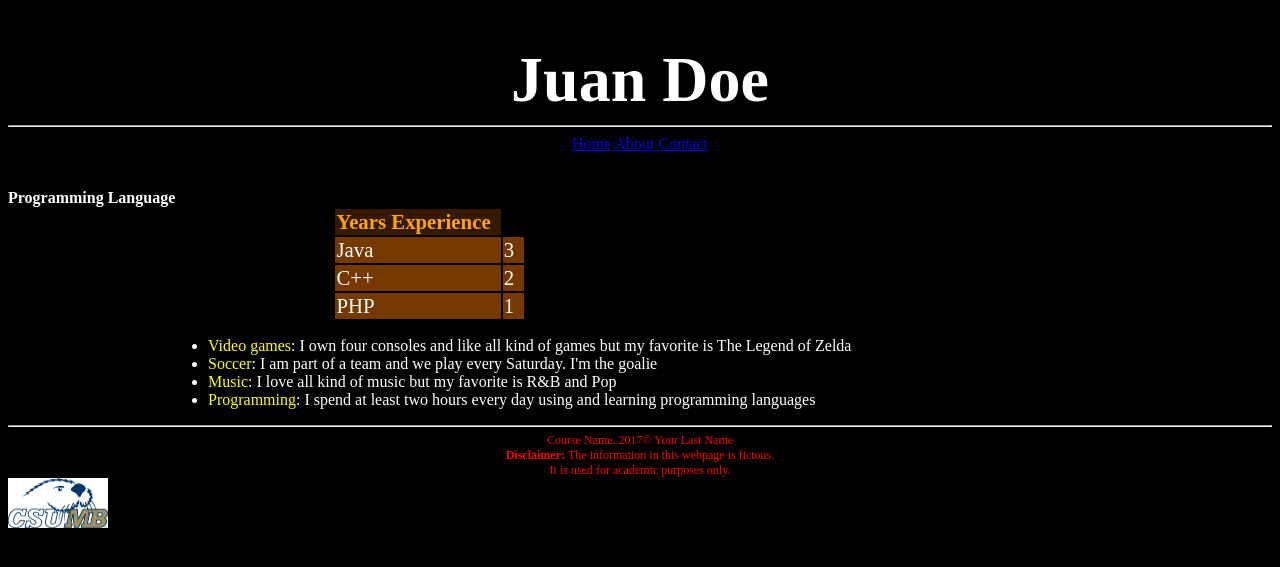
Repository: TheRealCisco/f2017CST336
Page: Labs/portfolio/about.html
The author's editor kept a record of every edit. The page is drawn from the files as they stood at one moment, then again after the next edit.
The browser window is 1280 px wide. The pictures show the whole page.

Above is the page before.

### Labs/portfolio/about.html
<!DOCTYPE html>
<html>
<!--

First Website
and comment
in html
(comments can span multiple lines)

-->

<!-- This is the head -->
<!-- All styles and javascript go inside the head -->
    <head>

        <meta charset="utf-8"/>
        <title>
            Juan Doe: Personal Website
        </title>
        <link href="css/styles.css" rel="stylesheet" type="text/css" />
    </head>
<!-- closing head -->

    <!-- This is the body -->
    <!-- This is where we place the content of our website -->

    <body>
        <header>
            <h1>
                Juan Doe
            </h1>
        </header>
        <nav>
            <hr width"75%"/>
            <a href="index.html">Home</a>
            <a href="about.html">About</a>
            <a href="contact.html">Contact</a>
        </nav>
        <br /><br />

       <div id="content">
           <table>
               <tr id="table-header">
                   <tf><strong>Programming Language</strong></tf>
                   <td><strong>Years Experience</strong></td>
               </tr>
               <tr class="table-row">
                   <td>Java</td>
                   <td>3</td>
               </tr>
               <tr class="table-row">
                   <td>C++</td>
                   <td>2</td>
               </tr>
               <tr class="table-row">
                   <td>PHP</td>
                   <td>1</td>
               </tr>
           </table>
           <ul>
               <li><span class="hobby">Video games</span></span>: I own four consoles and like all kind of games but my favorite is The Legend of Zelda</li>
               <li><span class="hobby">Soccer</span>: I am part of a team and we play every Saturday. I'm the goalie</li>
               <li><span class="hobby">Music</span>: I love all kind of music but my favorite is R&B and Pop</li>
               <li><span class="hobby">Programming</span>: I spend at least two hours every day using and learning programming languages</li>

           </ul>
       </div>

        <!-- This is the footer -->
        <!-- The footer goes inside the body but not always -->
        <footer>
            <hr>
            Course Name. 2017&copy; Your Last Name <br />
            <strong>
                Disclaimer:
            </strong>
            The information in this webpage is fictous.
            <br />
            It is used for academic purposes only.


        </footer>
        <!-- closing footer -->
        <img src="img/csumb.jpg" alt="CSUMB" height="50" width="100" />


    </body>
    <!-- closing body -->

</html>

### Labs/portfolio/css/styles.css
body{
    background-color:black;
    color:white;

}

header,main,nav,footer{
    text-align:center;

}


nav a:hover{
    padding:15px;
    padding-bottom:4px;
    text-decoration:none;
    color:white;
    border-bottom: 2px orange solid;
    font-size: 2em;
    transition: .9s;
}
figure, div{
    float:left;
}
#me, #welcomeText{
    float:left;
}
footer {
    clear: left;
    font-size:.75em;
    color:red;

}
table{
    margin: 0px auto;
}
td{
    padding-right:10px;
    font-size:1.3em;
}
td strong{
    color: orange;
}
#table-header{
    background-color:#351a00;
}
.table-row{
    background-color:#753900;
}
ul{
    text-align: left;
    padding-left:200px;
}
.hobby{
    color:yellow;
}
h1{
    font-family:'Pacfico',cursive;
    font-size:4em;
    margin-bottom:0px;

}

After the next edit:
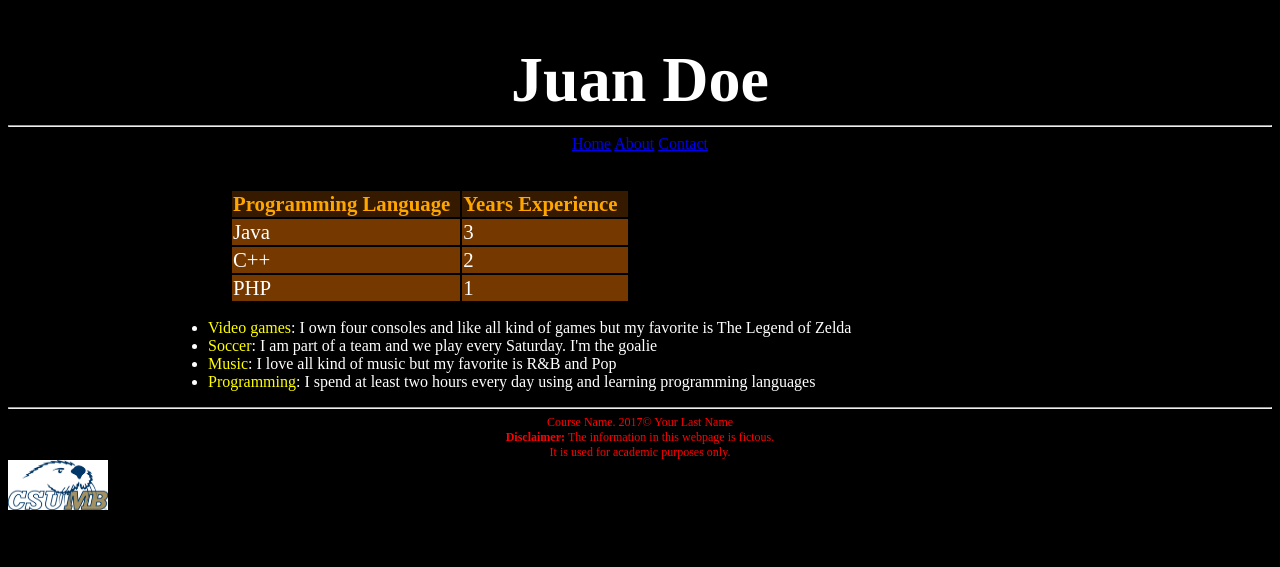
The edit:
--- a/Labs/portfolio/about.html
+++ b/Labs/portfolio/about.html
@@ -41,7 +41,7 @@
        <div id="content">
            <table>
                <tr id="table-header">
-                   <tf><strong>Programming Language</strong></tf>
+                   <td><strong>Programming Language</strong></td>
                    <td><strong>Years Experience</strong></td>
                </tr>
                <tr class="table-row">
